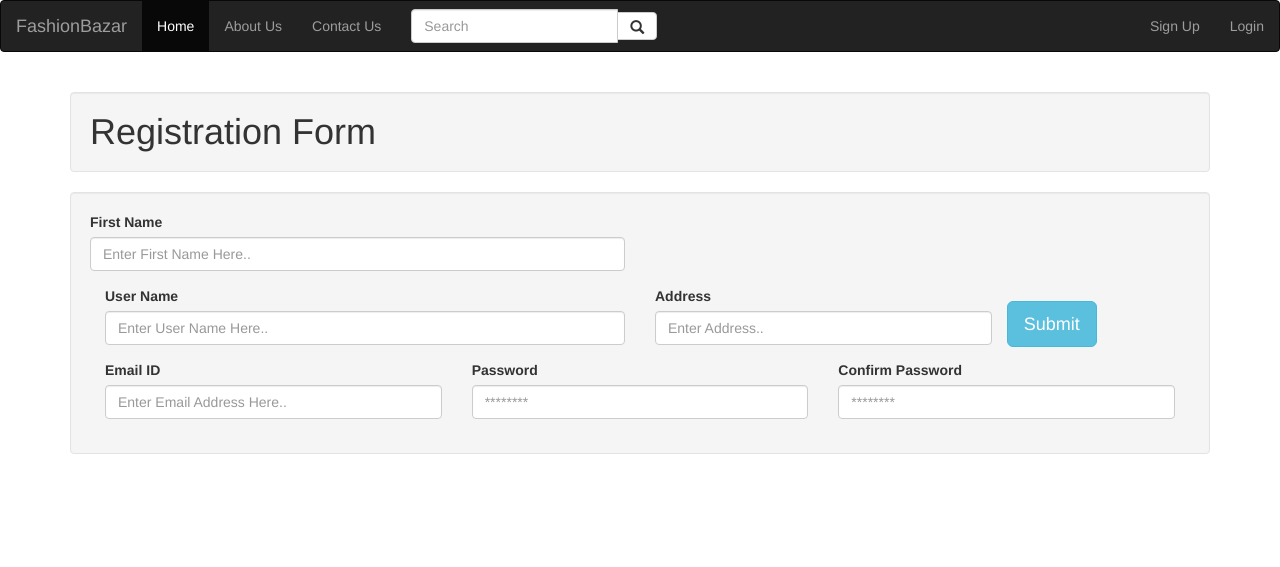
Repository: SmithaMendonca/Project-1
Page: http://localhost/FashionBazarFrontend/WEB-INF/views/Register.jsp
The author's editor kept a copy of each file at every save. The page is drawn from the files as they stood at one save, then again after the next save.
The browser window is 1280 px wide. The pictures show the whole page.
The page is served by Tomcat 9. Nobody is signed in. The template is opened directly, without the code that normally fills it, so the values that code supplies are empty.

Above is the page before, as saved 2019-06-05 13:45:06.

After the next save:
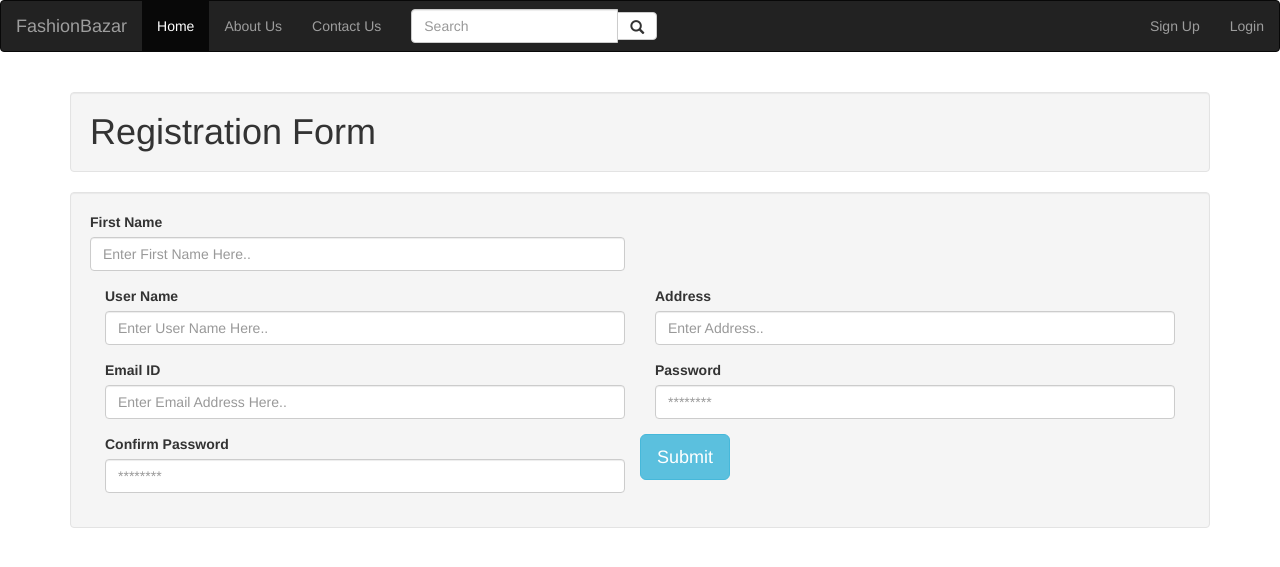
Saved 82 s later.
--- a/FashionBazarFrontend/src/main/webapp/WEB-INF/views/Register.jsp
+++ b/FashionBazarFrontend/src/main/webapp/WEB-INF/views/Register.jsp
@@ -15,20 +15,20 @@
 						<label>User Name</label>
 						<input type="text" name="userName" placeholder="Enter User Name Here.." class="form-control">
 					    </div>
-						<div class="col-sm-4 form-group">
+						<div class="col-sm-6 form-group">
 							<label>Address</label>
 							<input type="text"  class="form-control" name="address" placeholder="Enter Address..">
 						</div>
 
-					<div class="col-sm-4 form-group">
+					<div class="col-sm-6 form-group">
 						<label>Email ID</label>
 						<input type="text" name="email" placeholder="Enter Email Address Here.." class="form-control">
 					</div>
-					<div class="col-sm-4 form-group">
+					<div class="col-sm-6 form-group">
 						<label>Password</label>
 						<input type="password"  class="form-control" name="password" placeholder="********" id="pass">
 					</div>
-					<div class="col-sm-4 form-group">
+					<div class="col-sm-6 form-group">
 						<label>Confirm Password</label>
 						<input type="password"  class="form-control" name="confirm-password" placeholder="********" id="confirmpass">
 					</div>
